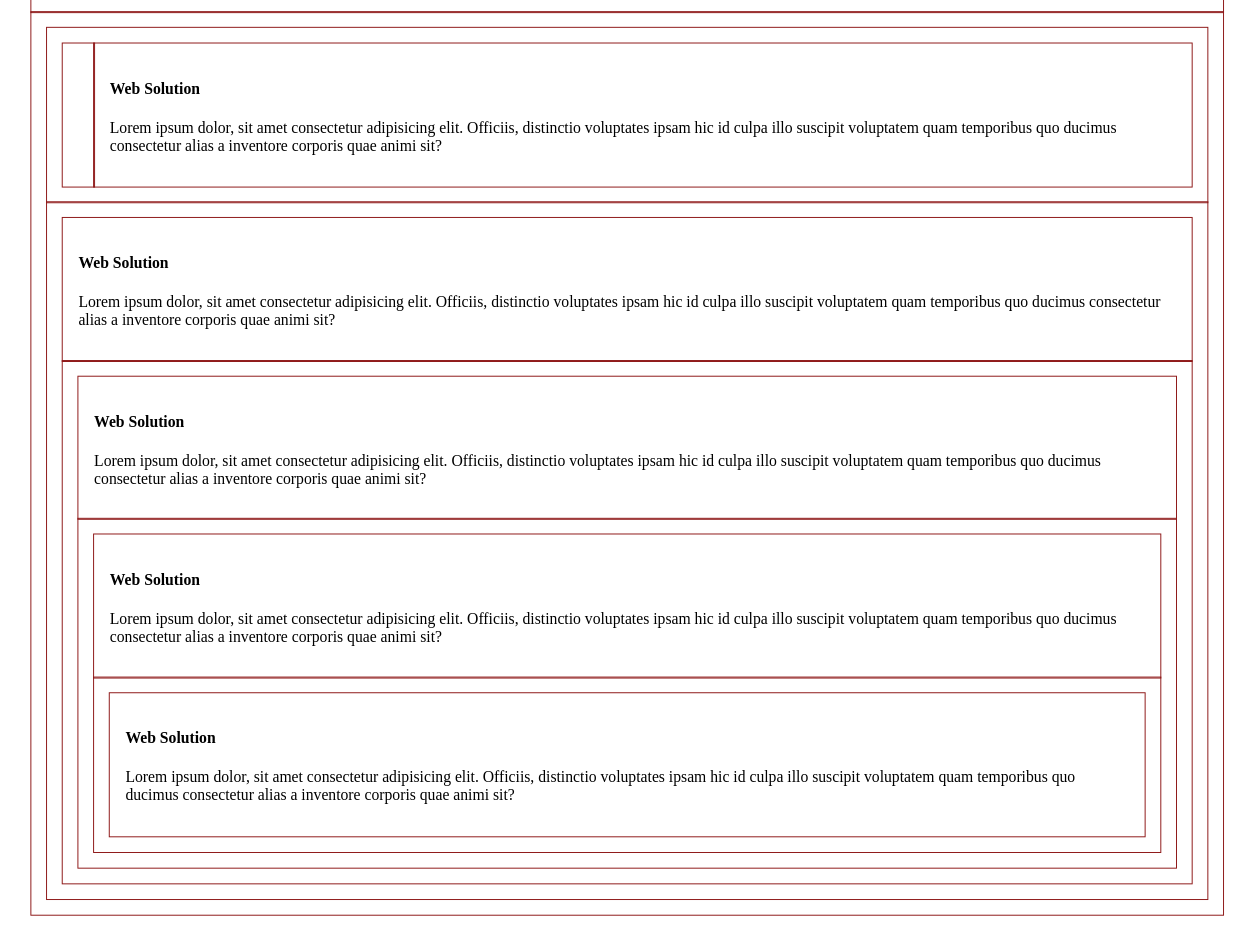
Repository: kionale/Project1_Lab3_ResponsiveLayout
Page: index.html
The author's editor kept a copy of each file at every save. The page is drawn from the files as they stood at one save, then again after the next save.
The browser window is 1280 px wide. The pictures show the part of the page from y = 3481 to 4446 px (the page is 4446 px tall before and 4416 px after), at 98% of full size.
A picture or video elsewhere on the page could not be fetched, so the positions and the page height are approximate.

Above is the page before, as saved 2023-01-26 00:22:45.

After the next save:
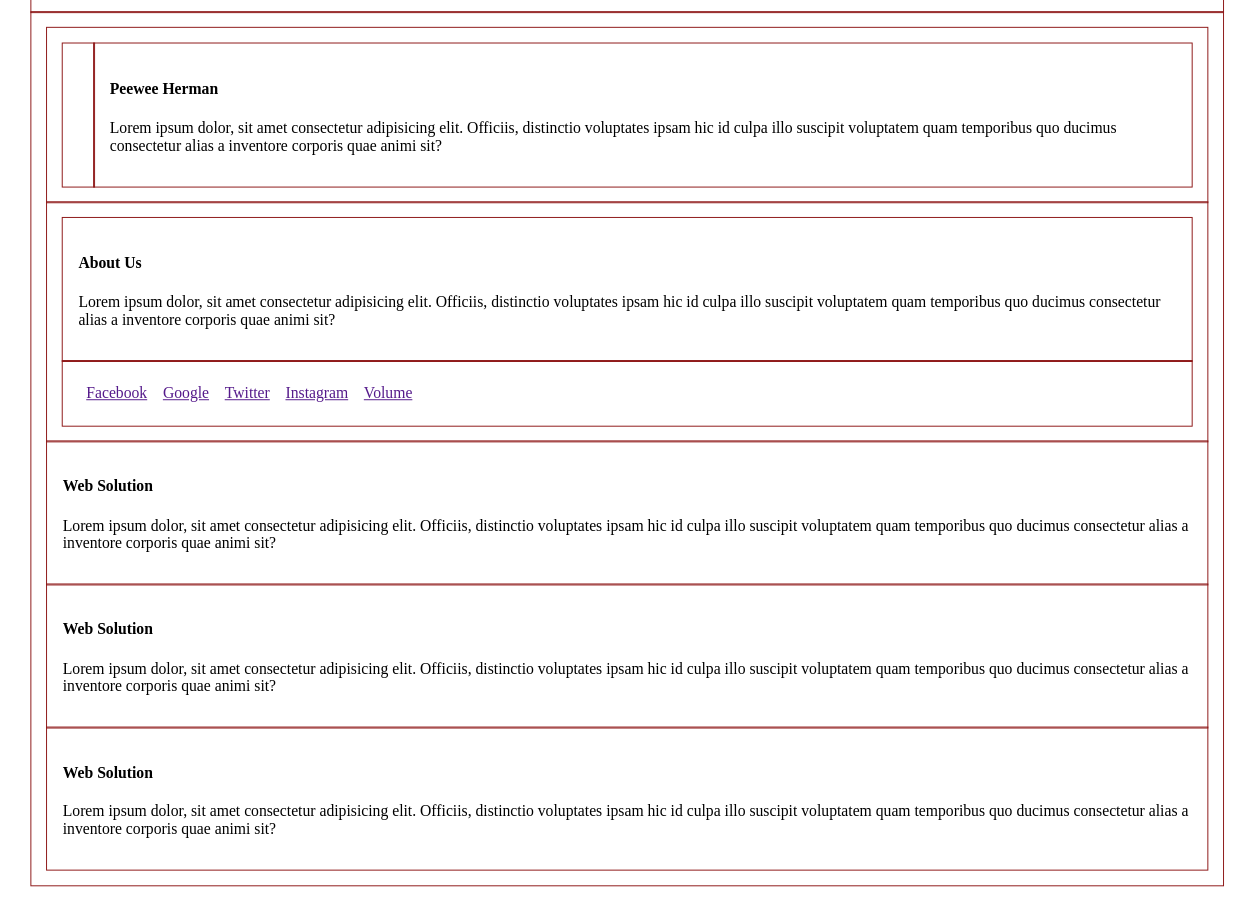
Saved 1 s later.
--- a/index.html
+++ b/index.html
@@ -290,7 +290,7 @@
         <img src="" alt="">
       </div>
       <div>
-        <h4>Web Solution</h4>
+        <h4>Peewee Herman</h4>
         <p>Lorem ipsum dolor, sit amet consectetur adipisicing elit. Officiis, distinctio voluptates ipsam hic
           id
           culpa illo suscipit voluptatem quam temporibus quo ducimus consectetur alias a inventore corporis quae
@@ -299,37 +299,52 @@
     </div>
     <div>
       <div>
-        <h4>Web Solution</h4>
+        <h4>About Us</h4>
         <p>Lorem ipsum dolor, sit amet consectetur adipisicing elit. Officiis, distinctio voluptates ipsam hic
           id
           culpa illo suscipit voluptatem quam temporibus quo ducimus consectetur alias a inventore corporis quae
           animi sit?</p>
       </div>
-      <div>
-        <div>
-          <h4>Web Solution</h4>
-          <p>Lorem ipsum dolor, sit amet consectetur adipisicing elit. Officiis, distinctio voluptates ipsam hic
-            id
-            culpa illo suscipit voluptatem quam temporibus quo ducimus consectetur alias a inventore corporis quae
-            animi sit?</p>
-        </div>
-        <div>
-          <div>
-            <h4>Web Solution</h4>
-            <p>Lorem ipsum dolor, sit amet consectetur adipisicing elit. Officiis, distinctio voluptates ipsam hic
-              id
-              culpa illo suscipit voluptatem quam temporibus quo ducimus consectetur alias a inventore corporis quae
-              animi sit?</p>
-          </div>
-          <div>
-            <div>
-              <h4>Web Solution</h4>
-              <p>Lorem ipsum dolor, sit amet consectetur adipisicing elit. Officiis, distinctio voluptates ipsam hic
-                id
-                culpa illo suscipit voluptatem quam temporibus quo ducimus consectetur alias a inventore corporis quae
-                animi sit?</p>
-            </div>
-          </div>
+      <div class="social__link">
+        <a href="" class="social__icon">
+          <li>Facebook</li>
+        </a>
+        <a href="" class="social__icon">
+          <li>Google</li>
+        </a>
+        <a href="" class="social__icon">
+          <li>Twitter</li>
+        </a>
+        <a href="" class="social__icon">
+          <li>Instagram</li>
+        </a>
+        <a href="" class="social__icon">
+          <li>Volume</li>
+        </a>
+      </div>
+    </div>
+
+    <div>
+      <h4>Web Solution</h4>
+      <p>Lorem ipsum dolor, sit amet consectetur adipisicing elit. Officiis, distinctio voluptates ipsam hic
+        id
+        culpa illo suscipit voluptatem quam temporibus quo ducimus consectetur alias a inventore corporis quae
+        animi sit?</p>
+    </div>
+    <div>
+      <h4>Web Solution</h4>
+      <p>Lorem ipsum dolor, sit amet consectetur adipisicing elit. Officiis, distinctio voluptates ipsam hic
+        id
+        culpa illo suscipit voluptatem quam temporibus quo ducimus consectetur alias a inventore corporis quae
+        animi sit?</p>
+    </div>
+    <div>
+      <h4>Web Solution</h4>
+      <p>Lorem ipsum dolor, sit amet consectetur adipisicing elit. Officiis, distinctio voluptates ipsam hic
+        id
+        culpa illo suscipit voluptatem quam temporibus quo ducimus consectetur alias a inventore corporis quae
+        animi sit?</p>
+    </div>
   </footer>
 
 
